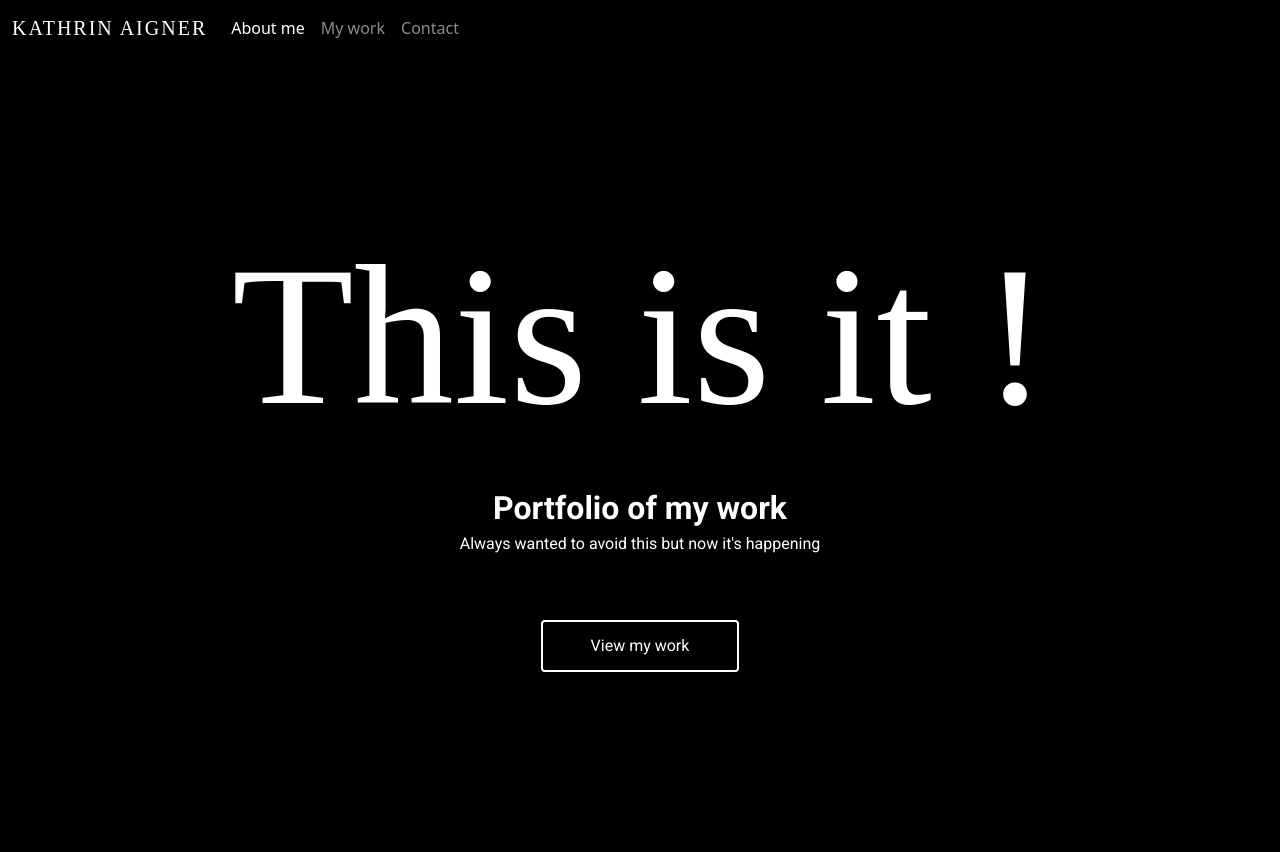
Repository: kathrin-aigner/Portfolio-2022
Page: index.html
An editor plug-in stored every save of this project. The page is shown before and after the next save, followed by the edit.
The browser window is 1280 px wide. The pictures show the whole page.
Some web fonts or font styles are not loaded; a fallback is used. Some web libraries are served in a nearby version.

Above is the page before, as saved 2022-03-28 13:57:33.

### index.html
<!DOCTYPE html>
<html lang="en">
  <head>
    <meta charset="UTF-8" />
    <meta http-equiv="X-UA-Compatible" content="IE=edge" />
    <meta name="viewport" content="width=device-width, initial-scale=1.0" />
    <link
      href="https://cdn.jsdelivr.net/npm/bootstrap@5.1.3/dist/css/bootstrap.min.css"
      rel="stylesheet"
      integrity="sha384-1BmE4kWBq78iYhFldvKuhfTAU6auU8tT94WrHftjDbrCEXSU1oBoqyl2QvZ6jIW3"
      crossorigin="anonymous"
    />
    <script
      src="https://cdn.jsdelivr.net/npm/bootstrap@5.1.3/dist/js/bootstrap.bundle.min.js"
      integrity="sha384-ka7Sk0Gln4gmtz2MlQnikT1wXgYsOg+OMhuP+IlRH9sENBO0LRn5q+8nbTov4+1p"
      crossorigin="anonymous"
    ></script>
    <link rel="preconnect" href="https://fonts.googleapis.com" />
    <link rel="preconnect" href="https://fonts.gstatic.com" crossorigin />
    <link
      href="https://fonts.googleapis.com/css2?family=Dela+Gothic+One&family=Roboto:wght@400;500;700&display=swap"
      rel="stylesheet"
    />
    <script
      src="https://kit.fontawesome.com/9a62a34935.js"
      crossorigin="anonymous"
    ></script>

    <link rel="stylesheet" href="/css/styles.css" />
    <title>Welcome to my portfolio – Kathrin Aigner</title>
  </head>
  <body>
    <nav class="navbar navbar-expand-lg navbar-dark text-end">
      <div class="container-fluid">
        <a class="navbar-brand text-uppercase" href="/index.html"
          >Kathrin Aigner</a
        >
        <button
          class="navbar-toggler"
          type="button"
          data-bs-toggle="collapse"
          data-bs-target="#navbarSupportedContent"
          aria-controls="navbarSupportedContent"
          aria-expanded="false"
          aria-label="Toggle navigation"
        >
          <span class="navbar-toggler-icon"></span>
        </button>
        <div class="collapse navbar-collapse" id="navbarSupportedContent">
          <ul class="navbar-nav me-auto mb-2 mb-lg-0">
            <li class="nav-item">
              <a
                class="nav-link active"
                aria-current="page"
                href="/about.html"
                title="more information about me"
                >About me</a
              >
            </li>
            <li class="nav-item">
              <a class="nav-link" href="/work.html" title="View my work here"
                >My work</a
              >
            </li>
            <li class="nav-item">
              <a class="nav-link" href="/contact.html" title="how to contact me"
                >Contact</a
              >
            </li>
          </ul>
        </div>
      </div>
    </nav>
    <div class="container herosection">
      <div class="header text-center">This is it !</div>
      <div class="introtext mt-5">
        <div class="subheader text-center">Portfolio of my work</div>
        <p class="introduction text-center">
          Always wanted to avoid this but now it's happening
        </p>
      </div>
      <a href="#" class="mt-5 btn btn-primary"> View my work </a>
    </div>
  </body>
</html>

### css/styles.css
:root {
  --primary-color: white;
  --secondary-color: black;
  --heading-font-family: "Dela Gothic One", cursive;
  --default-font-family: "Roboto", sans-serif;
}

body {
  background-color: var(--secondary-color);
}

.herosection {
  text-align: center;
  padding: 180px 0;
}
.header {
  line-height: 1em;
  font-family: var(--heading-font-family);
  font-size: 200px;
  color: var(--primary-color);
}
.subheader {
  font-size: 32px;
  font-weight: 700;
  color: var(--primary-color);
  font-family: var(--default-font-family);
}
.header-page {
  line-height: 1em;
  font-size: 90px;
  color: var(--primary-color);
  font-family: var(--heading-font-family);
}
.project-header {
  font-size: 45px;
  color: var(--primary-color);
  font-family: var(--heading-font-family);
}
.page-section {
  font-size: 16px;
  color: var(--primary-color);
  font-family: var(--default-font-family);
}

.introduction {
  font-weight: 400;
  font-size: 16px;

  color: var(--primary-color);
  font-family: var(--default-font-family);
}
.navbar-brand {
  font-family: var(--heading-font-family);

  letter-spacing: 0.1em;
}

.btn-primary {
  font-family: var(--default-font-family);
  border: 2px solid var(--primary-color);
  background: var(--secondary-color);
  padding: 12px 48px;
}

.project-preview {
  max-width: 500px;
}

a {
  text-decoration: none;
  color: var(--primary-color);
}

a:hover {
  text-decoration: underline;
  color: var(--primary-color);
}

After the next save:
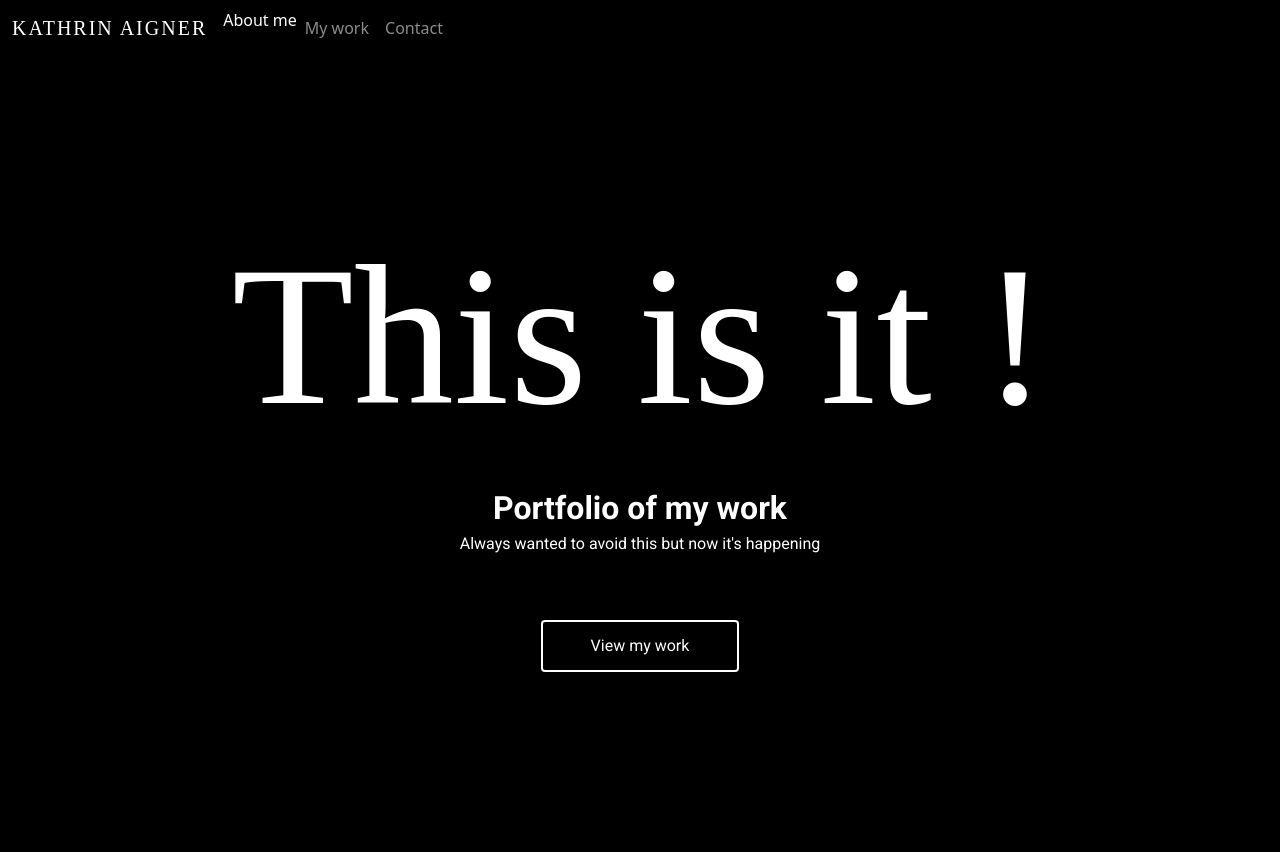
Saved 2 min 46 s later.
--- a/index.html
+++ b/index.html
@@ -50,7 +50,7 @@
           <ul class="navbar-nav me-auto mb-2 mb-lg-0">
             <li class="nav-item">
               <a
-                class="nav-link active"
+                class="nav-item"
                 aria-current="page"
                 href="/about.html"
                 title="more information about me"
